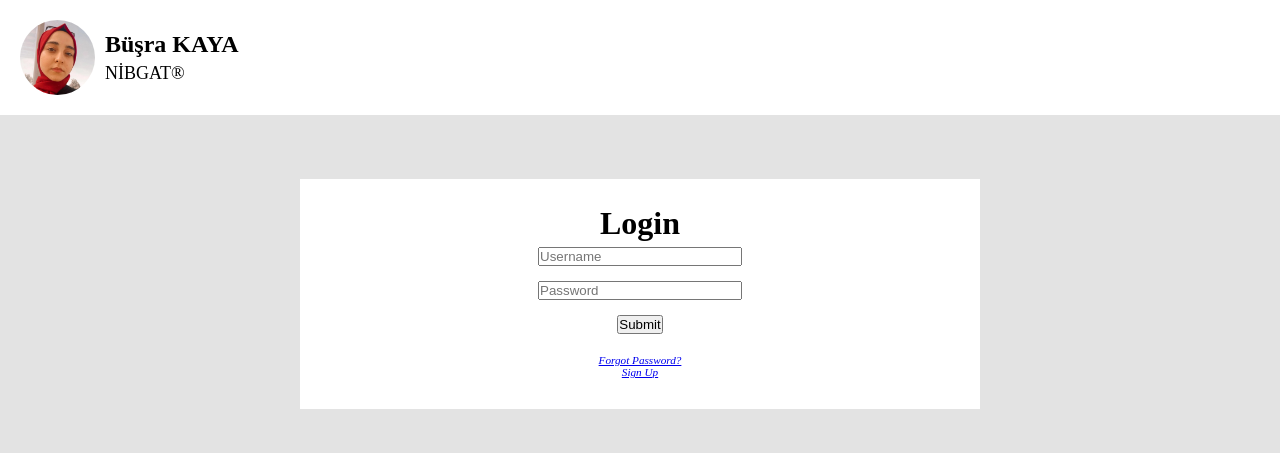
Repository: busra-kayaa/LoginPage
Page: login.html
The author's editor kept a copy of each file at every save. The page is drawn from the files as they stood at one save, then again after the next save.
The browser window is 1280 px wide. The pictures show the whole page.

Above is the page before, as saved 2024-01-02 17:53:17.

### login.html
<!DOCTYPE html>
<html>
    <head>
        <title>Login Page</title>
        <link rel="stylesheet" href="./style.css" type="text/css"/>
    </head>
    <body>
        <div class="header-container">
            <div
                class="header-left-side-container"
            >
                <img
                    src="./busra.jpg"
                    height="75px"
                    width="75px"
                    class="logo"
                />
                <div class="header-desc-container">
                    <span class="header-title">
                        Büşra KAYA
                    </span>
                    <span class="header-content">
                        NİBGAT®
                    </span>
                </div>
            </div>
        </div>
        <div class="login-from-container">
          <div class ="login-text"><h1>Login</h1></div>
            <div class="input-group1">
                <i class="fa fa-user"></i>
                <input
                    type="text"
                    placeholder="Username"
                    class="input-text"
                    autocomplete="off"
                />
            </div>
            <div class="input-group2">
                <i class="fa fa-unclok-alt"></i>
                <input
                    type="password"
                    placeholder="Password"
                    class="input-text"
                    autocomplete="off"
                />
            </div>
            <div class="subgroup">
                <div class="button-group" id="login-button">
                    <button onclick="alert('Bilgileriniz Başarıyla Alınmıştır.')">Submit</button>
                </div>
                <div class="footer">
                    <a href="#" target="_blank">Forgot Password? </a>
                    <a href="#" target="_blank">Sign Up</a>
                </div>
            </div>
        </div>
    </body>
</html>

### style.css

* {
    padding: 0;
    margin: 0;
}

body {
    background-color: #e3e3e3;
}

.header-container {
    justify-content: space-between;
    background-color: #ffffff;
    flex-direction: row;
    align-items: center;
    padding: 20px;
    display: flex;
}

.header-left-side-container {
    flex-direction: row;
    align-items: center;
    display: flex;
}

.logo {
    border-radius: 50%;
    margin-right: 10px;
}

.header-desc-container {
    display: flex;
    flex-direction: column;
}

.header-title {
    display: flex;
    flex-direction:column;
    font-weight: bold;
    font-size: 24px;
    margin-bottom: 5px;
}

.header-content {
    font-weight:normal;
    font-size: 18px;
    color:rgb(0, 0, 0);
}

.login-from-container {
    background-color: #ffffff;
    flex-direction: column;
    text-align: center;
    display: flex;
    margin-top: 5%;
    margin-bottom: 5%;
    margin-right: 300px;
    margin-left: 300px;
    padding: 2%;

}

.login-text {
    padding-bottom: 5px;
}

.input-group1 {
    margin-bottom: 3px;
}
.input-text {
    width: 200px;
}

.input-group2 {
    margin-top: 2%;
}

.button-group {
    color: black ;
    border: none;
    color: white;
    text-align: center;
    text-decoration: none;
    display: inline-block;
    font-size: 16px;
    margin: 15px 2px;
    cursor: pointer;
}

.footer {
    margin: 5px;
    display: flex;
    flex-direction:column;
    font-size: 70%;
    font-style: italic;
}

After the next save:
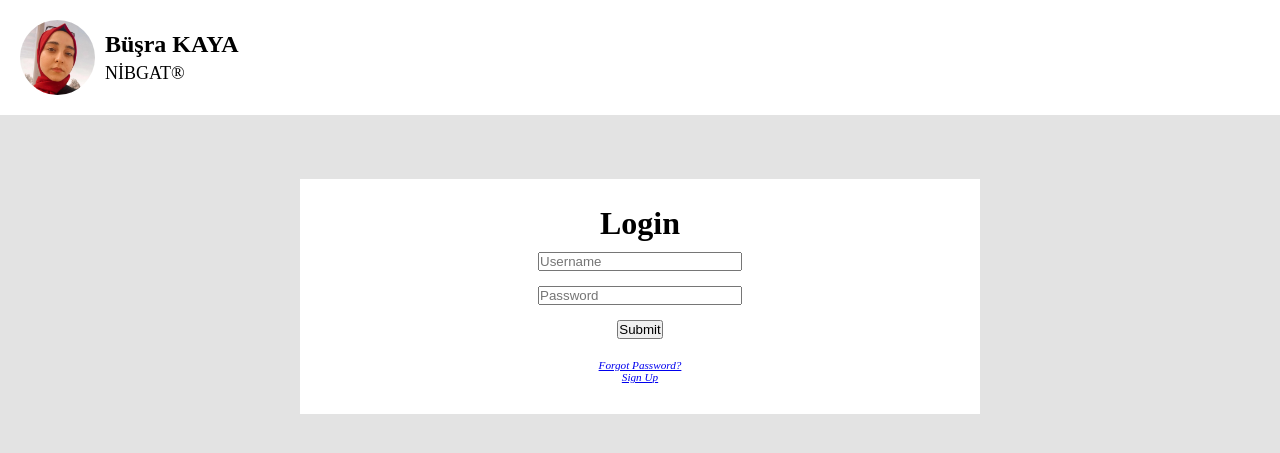
Saved 5 s later.
--- a/style.css
+++ b/style.css
@@ -61,7 +61,7 @@ body {
 }
 
 .login-text {
-    padding-bottom: 5px;
+    padding-bottom: 10px;
 }
 
 .input-group1 {
